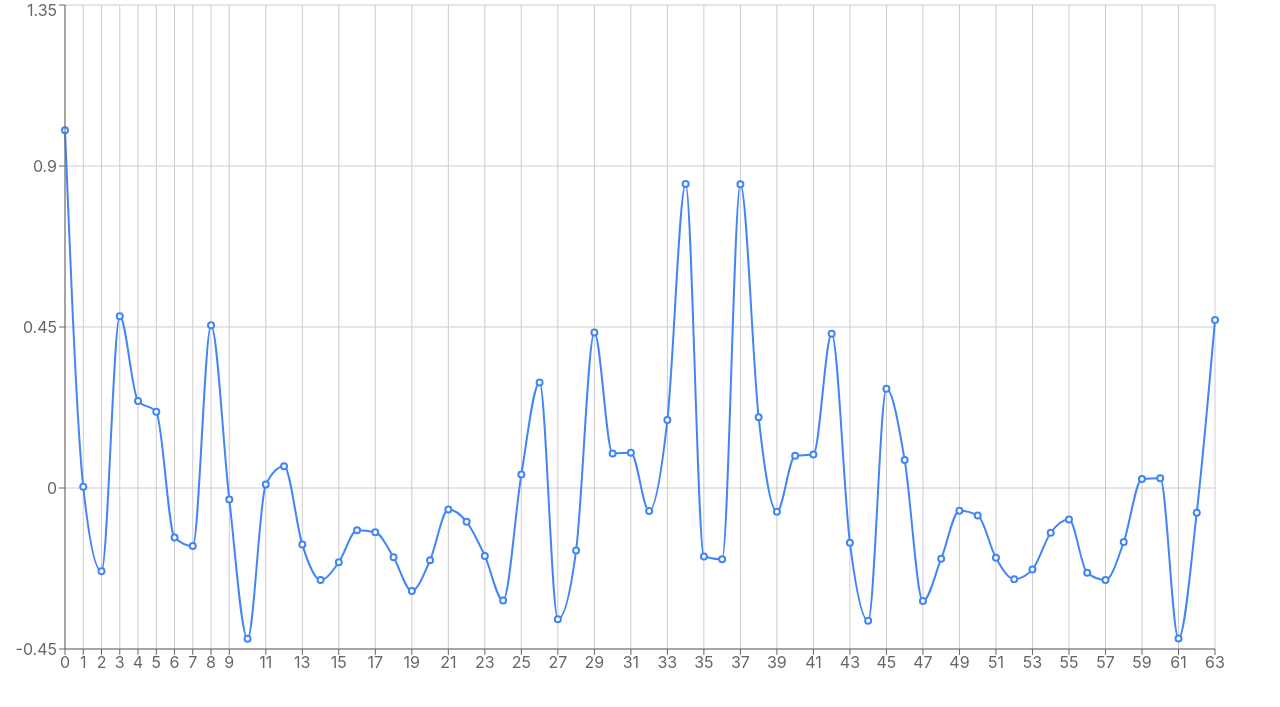
Repository: ivanburlakov/rts-labs
Page: / (app in lab1.2/)
The author's editor kept a copy of each file at every save. The page is drawn from the files as they stood at one save, then again after the next save.
The browser window is 1280 px wide. The pictures show the whole page.
The project was rebuilt for these pictures with package versions that can differ from the ones it lists, and the page was loaded fresh each time.

Above is the page before, as saved 2021-04-23 14:35:16.

After the next save:
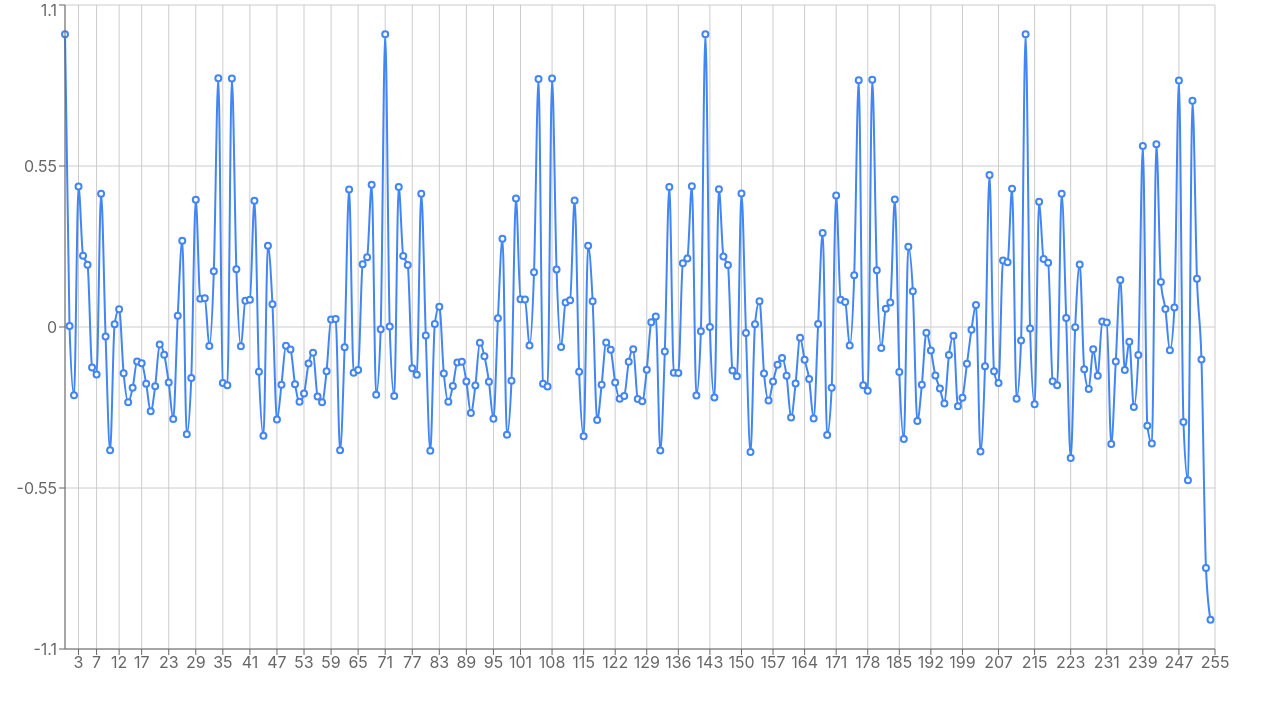
Saved 13 s later.
--- a/lab1.2/src/App.js
+++ b/lab1.2/src/App.js
@@ -78,7 +78,7 @@ function generateChart(harmonics, frequencyBorder, ticks) {
     }
     x.push(sum);
   }
-  for (let i = 0; i < 64; i++) {
+  for (let i = 0; i < ticks; i++) {
     const array = [];
     for (let t = i; t < x.length; t++) {
       array.push(x[t]);
